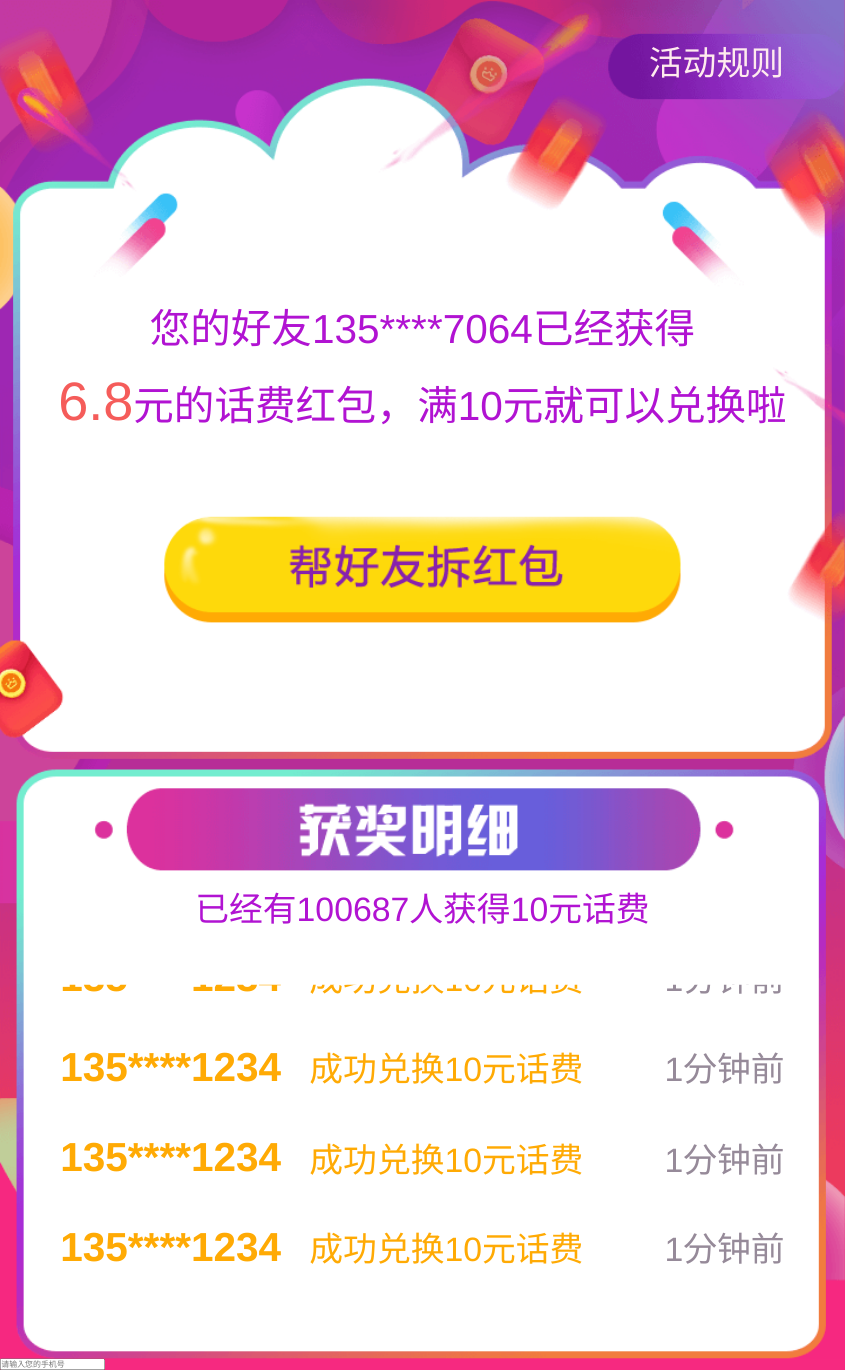
Repository: wangbiaozy/hb
Page: index_hjmx.html
These files come from the project's save history. The page is drawn as it stood at one moment and after the next save; the edit follows.
The browser window is 1280 px wide. The pictures show the whole page, at 66% of full size.

Above is the page before, as saved 2018-08-17 09:53:54.

### index_hjmx.html
<!DOCTYPE html>
<html lang="en">
<head>
    <meta charset="UTF-8">
    <meta name="viewport" content="width=device-width, initial-scale=1.0, maximum-scale=1.0, minimum-scale=1.0, user-scalable=no">
    <meta http-equiv="X-UA-Compatible" content="ie=edge">
    <title>Document</title>
    <link rel="stylesheet" href="css/reset.min.css">
    <link rel="stylesheet/less" href="css/styles_1.less">
    <script src="js/less-1.7.0.min.js"></script>
</head>
<body>
    <section class="main">
        <a id="rule_btn" href="javascript:void(0)">活动规则</a>
        <!-- 获奖明细页 -->
        <div class="detail">
            <p>您的好友<span>135****7064</span>已经获得<br><i>6.8</i>元的话费红包，满10元就可以兑换啦</p>
            <a href="javascript:void(0)"></a>
            <p>已经有<span>100687</span>人获得10元话费</p>
            <div class="activity" id="J_Activity">
                <ul>
                    <li>
                        <h3>135****1234</h3>
                        <p>成功兑换10元话费</p>
                        <span>1分钟前</span>
                    </li>
                    <li>
                        <h3>135****1234</h3>
                        <p>成功兑换10元话费</p>
                        <span>1分钟前</span>
                    </li>
                    <li>
                        <h3>135****1234</h3>
                        <p>成功兑换10元话费</p>
                        <span>1分钟前</span>
                    </li>
                    <li>
                        <h3>135****1234</h3>
                        <p>成功兑换10元话费</p>
                        <span>1分钟前</span>
                    </li>
                </ul>
            </div>
        </div>
    </section>
    <!-- 登录弹窗 -->
    <section class="login">
        <div>
            <span></span>
            <input type="text" placeholder="请输入您的手机号">
        </div>
    </section>
    <!-- 活动规则弹窗 -->
    <section class="rule">
        <a href="javascript:void(0)"></a>
        <ul>
            <li>1.活动期间，用户通过10086App开屏页，首页轮播图进入活动，领取10元的话费红包。自己可拆开随机金，剩余金额需分享并邀请好友帮忙拆开，每位可帮忙拆开随机金额，全部拆完即可兑换话费。</li>
            <li>2.邀请拆  红包的好友需为新注册10086App的用户，好友在活动页面输入邀请人的邀请码才能成功帮好友拆开红包，好友帮助拆开红包后同时可获得一个话费红包。</li>
            <li>3.用户需在当前红包全部拆完后，才可开启下一个红包。</li>
            <li>4.活动期间一经发现违规等恶意操作等作弊行为将取消获奖资格。</li>
            <li>5.活动期间，用户需持续下载并的登陆110086App，否则话费奖品无法发放。</li>
        </ul>
        <a href="javascript:void(0)"></a>
    </section>
    <!-- 遮罩层 -->
    <section class="mask" id="mask"></section>
</body>
</html>
<script src="js/jquery-1.10.1.min.js"></script>
<script src="js/index.js"></script>

### css/reset.min.css
@charset "utf-8";
/*默认样式清除和初始化*/
body,h1,h2,h3,h4,h5,h6,hr,p,blockquote,dl,dt,dd,ul,ol,li,button,input,textarea,th,td{margin:0;padding:0}body{font-size:12px;font-style:normal;font-family:"\5FAE\8F6F\96C5\9ED1",Helvetica,sans-serif}small{font-size:12px}h1{font-size:18px}h2{font-size:16px}h3{font-size:14px}h4,h5,h6{font-size:100%}ul,ol{list-style:none}a{text-decoration:none;background-color:transparent}a:hover,a:active{outline-width:0;text-decoration:none}table{border-collapse:collapse;border-spacing:0}hr{border:0;height:1px}img{border-style:none}img:not([src]){display:none}svg:not(:root){overflow:hidden}html{-webkit-touch-callout:none;-webkit-text-size-adjust:100%}input,textarea,button,a{-webkit-tap-highlight-color:rgba(0,0,0,0)}article,aside,details,figcaption,figure,footer,header,main,menu,nav,section,summary{display:block}audio,canvas,progress,video{display:inline-block}audio:not([controls]),video:not([controls]){display:none;height:0}progress{vertical-align:baseline}mark{background-color:#ff0;color:#000}sub,sup{position:relative;font-size:75%;line-height:0;vertical-align:baseline}sub{bottom:-0.25em}sup{top:-0.5em}button,input,select,textarea{font-size:100%;outline:0}button,input{overflow:visible}button,select{text-transform:none}textarea{overflow:auto}button,html [type="button"],[type="reset"],[type="submit"]{-webkit-appearance:button}button::-moz-focus-inner,[type="button"]::-moz-focus-inner,[type="reset"]::-moz-focus-inner,[type="submit"]::-moz-focus-inner{border-style:none;padding:0}button:-moz-focusring,[type="button"]:-moz-focusring,[type="reset"]:-moz-focusring,[type="submit"]:-moz-focusring{outline:1px dotted ButtonText}[type="checkbox"],[type="radio"]{box-sizing:border-box;padding:0}[type="number"]::-webkit-inner-spin-button,[type="number"]::-webkit-outer-spin-button{height:auto}[type="search"]{-webkit-appearance:textfield;outline-offset:-2px}[type="search"]::-webkit-search-cancel-button,[type="search"]::-webkit-search-decoration{-webkit-appearance:none}::-webkit-input-placeholder{color:inherit;opacity:.54}::-webkit-file-upload-button{-webkit-appearance:button;font:inherit}.clear:after{display:block;height:0;content:"";clear:both}
*{ -webkit-tap-highlight-color: rgba(0,0,0,0);-webkit-tap-highlight-color: transparent; /* For some Androids */ }

### js/index.js
(function (doc, win) {
    var docEl = doc.documentElement,
        resizeEvt = 'orientationchange' in window ? 'orientationchange' : 'resize',
        recalc = function () {
            var clientWidth = docEl.clientWidth;
            if (!clientWidth) return;
            docEl.style.fontSize = 100 * (clientWidth / 750) + 'px';
        };
    if (!doc.addEventListener) return;
    win.addEventListener(resizeEvt, recalc, false);
    doc.addEventListener('DOMContentLoaded', recalc, false);
})(document, window);
$(function () {

    //显示非中奖页背景
    function showFirstPageBg(){
        $('.main').removeClass('result');
    }
    //显示中奖页背景
    function showResultPageBg(){
        $('.main').addClass('result');
    }
    //显示活动规则弹窗
    $('#rule_btn').on('click',function(){
        $('.rule').show();
        showMask();
    });
    //关闭活动规则弹窗
    function hideRuleModel(){
        $('.rule').hide();
        hideMask();
    }
    $('.rule').on('click','a',function(){
        hideRuleModel();
    });
    //首页赚钱攻略按钮
    $('#gl_btn').on('click',function(){
        $('.gl').show();
        showMask();
    })
    //首页抽红包按钮
    $('#cj').on('click',function(){
        //奖品金额随机数
        var num = (Math.random()*9+1).toFixed(2);
        $('#moneyText').text(num);
        $('.result').show();
        $('.f_page').hide();
        showResultPageBg();
    });

    //获奖页获奖名单滚动
    var listPanel = $('#J_Activity ul');
    var z = 0;
    function up() {
        listPanel.animate({
            'top': (z - .8) + 'rem'
        }, 1500, 'linear', function () {
            listPanel.css({'top': '0px'}).find("li:first").appendTo(listPanel);
            up();
        });
    }
    up();

    //显示弹窗
    function showModel(){
        $('.model').show();
        showMask();
    }

    //关闭弹窗
    $('.close').on('click',function(){
        $(this).parent().parent().hide();
        hideMask();
    });
    //显示遮罩层
    function showMask(){
        $("#mask").css("height",$(document).height());
        $("#mask").css("width",$(document).width());
        $("#mask").show();
        $('body').css('position','fixed');
    }
    //隐藏遮罩层
    function hideMask(){
        $("#mask").hide();
        $('body').css('position','unset');
    }
});

Loaded but not shown: js/less-1.7.0.min.js (library); js/jquery-1.10.1.min.js (library)

After the next save:
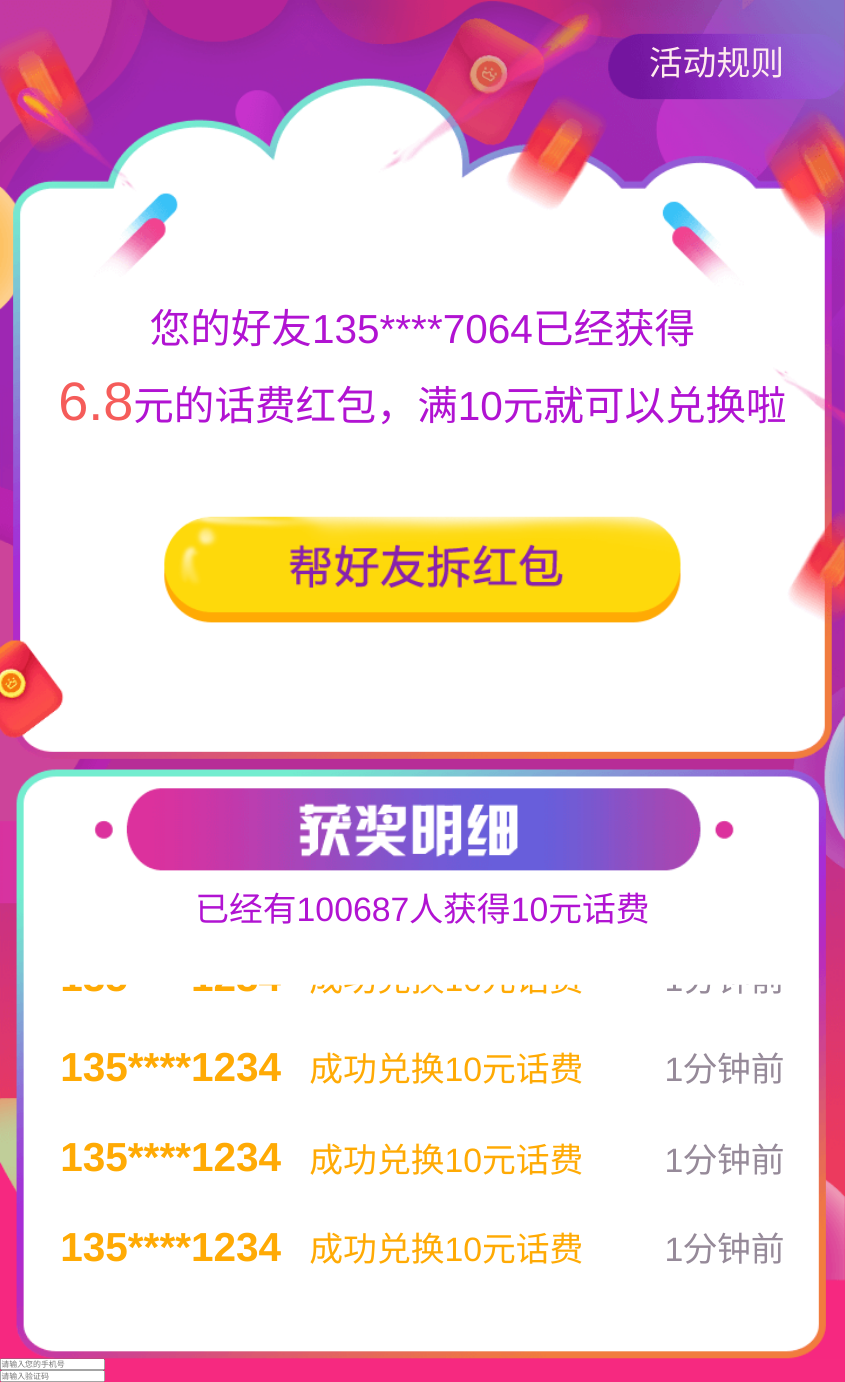
Saved 20 s later.
--- a/index_hjmx.html
+++ b/index_hjmx.html
@@ -49,6 +49,10 @@
             <span></span>
             <input type="text" placeholder="请输入您的手机号">
         </div>
+        <div>
+            <span></span>
+            <input type="text" placeholder="请输入验证码">
+        </div>
     </section>
     <!-- 活动规则弹窗 -->
     <section class="rule">
